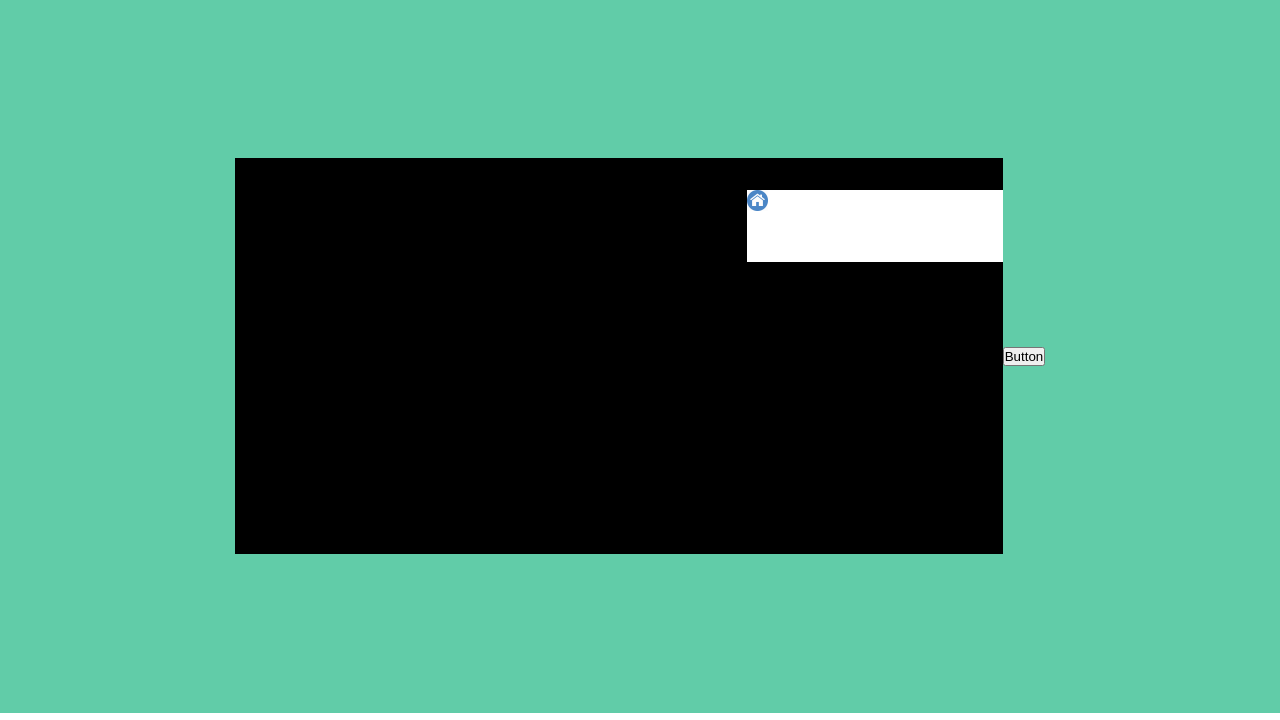
Repository: gitveerak/git-message-chat
Page: demo/demo1.html
An editor plug-in stored every save of this project. The page is shown before and after the next save, followed by the edit.
The browser window is 1280 px wide. The pictures show the whole page.

Above is the page before, as saved 2025-04-20 18:09:22.

### demo/demo1.html
<!DOCTYPE html>
<html lang="en">
<head>
    <meta charset="UTF-8">
    <meta name="viewport" content="width=device-width, initial-scale=1.0">
    <title>Demo Page</title>
    <style>
        *{
            padding: 0;
            margin: 0;
            box-sizing: border-box;
        }
        .wrap{
            height: 99vh;
            width: 100vw;
            background-color: rgb(97, 204, 168);
            display: flex;
            justify-content: center;
            align-items: center;
        }
        .wrap_inner{
            background-color: black;
            width: 60vw;
            height: 55vh;
            position: relative;
        }
        .icon_bar{
            position: absolute;
            top: 2em;
            left: 50%;
            transform: translateX(50%);
            width: 20vw;
            height: 10vh;
            background-color: white;
        }
    </style>
</head>
<body>
    <div class="wrap">
        <div class="wrap_inner">
            <div class="icon_bar">
                <img class="img_icon" src="home.png" alt="home_png">
            </div>
        </div>
        <button type="button" onclick="btn()">Button</button>
    </div>
    <script>
        // const icon = document.querySelector('.icon');
        // function btn() {
        //     icon.style.display='block';
        //     setTimeout(() => {
        //     icon.style.display='none';
        //     }, 6000);
        // }
    </script>
</body>
</html>

After the next save:
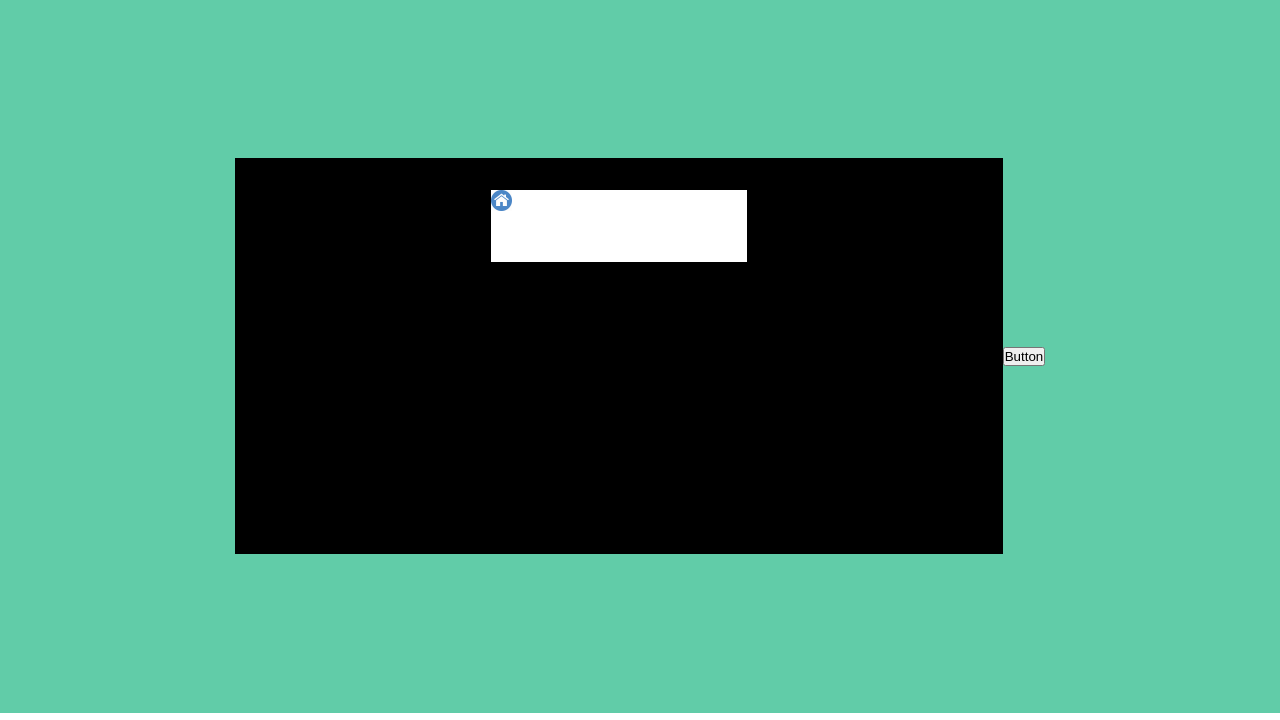
Saved 6 s later.
--- a/demo/demo1.html
+++ b/demo/demo1.html
@@ -28,7 +28,7 @@
             position: absolute;
             top: 2em;
             left: 50%;
-            transform: translateX(50%);
+            transform: translateX(-50%);
             width: 20vw;
             height: 10vh;
             background-color: white;
